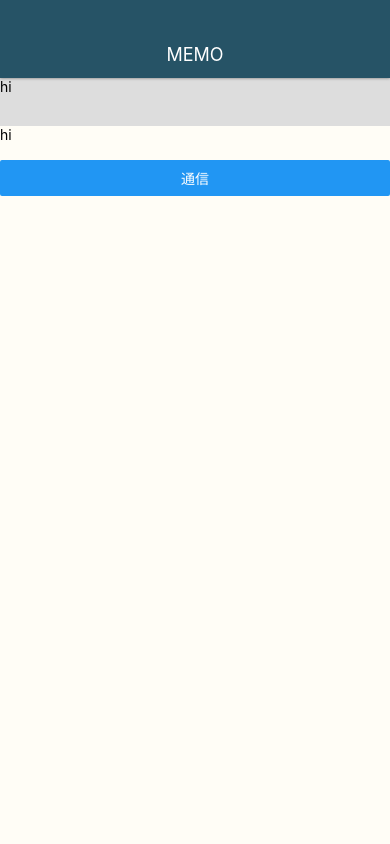
Repository: NagataRyuji0630/memo_app_for_reactNative
Screen: /
These files come from the project's save history. The screen is drawn as it stood at one moment and after the next save; the edit follows.
The app was drawn by React Native's web renderer in a window 390 px wide. The project was rebuilt for these pictures with package versions that can differ from the ones it lists, and the page was loaded fresh each time. Some packages were replaced by stand-ins written for this rebuild. Also part of the build but not shown: src/components/MemoList.jsx, src/elements/CircleBtn.jsx, src/screens/MemoListScreen.jsx, src/screens/MemoDetailScreen.jsx, src/screens/MemoEditScreen.jsx.

Above is the screen before, as saved 2020-05-15 08:35:16.

After the next save:
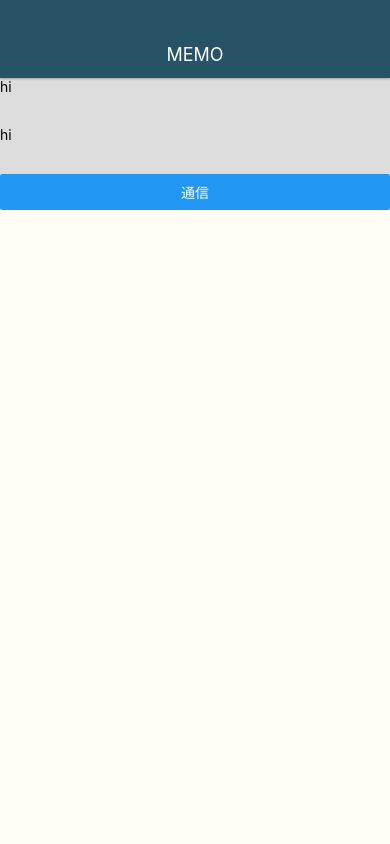
Saved 14 s later.
--- a/src/screens/LoginScreen.jsx
+++ b/src/screens/LoginScreen.jsx
@@ -22,7 +22,7 @@ class LoginScreen extends Component {
         return (
             <View style={styles.container}>
                     <TextInput style={styles.input} value='hi' multiline />
-                    <TextInput style={styles.memoEditInput} value='hi' multiline />
+                    <TextInput style={styles.input} value='hi' multiline />
                     <Button title='通信' onPress={() => {}}/>
             </View>
         );
